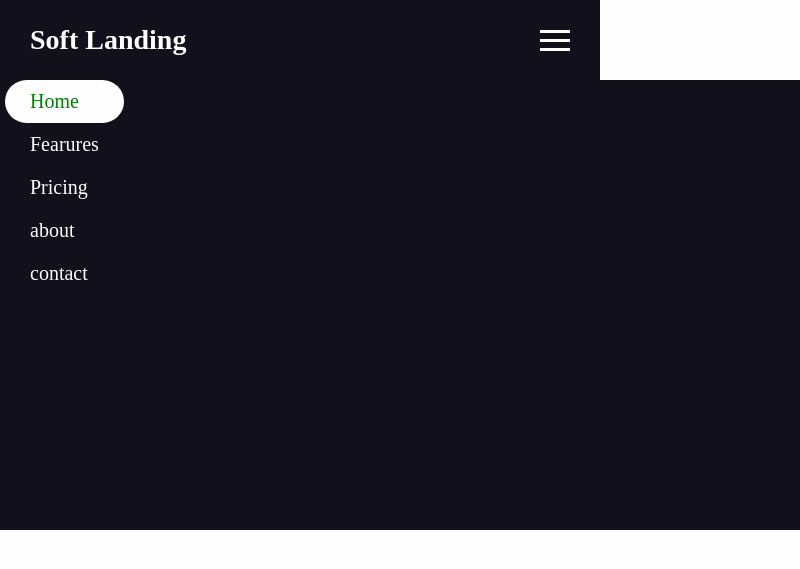
Repository: AMIT1439027/Gobbart-task
Page: index.html
An editor plug-in stored every save of this project. The page is shown before and after a run of saves, followed by the edit.
The browser window is 600 px wide. The page is 800 px wide, so the pictures cover 800 px, including what lies to the right of the window. The pictures show the whole page.

Above is the page before, as saved 2024-04-20 14:32:04.

After the next 3 saves:
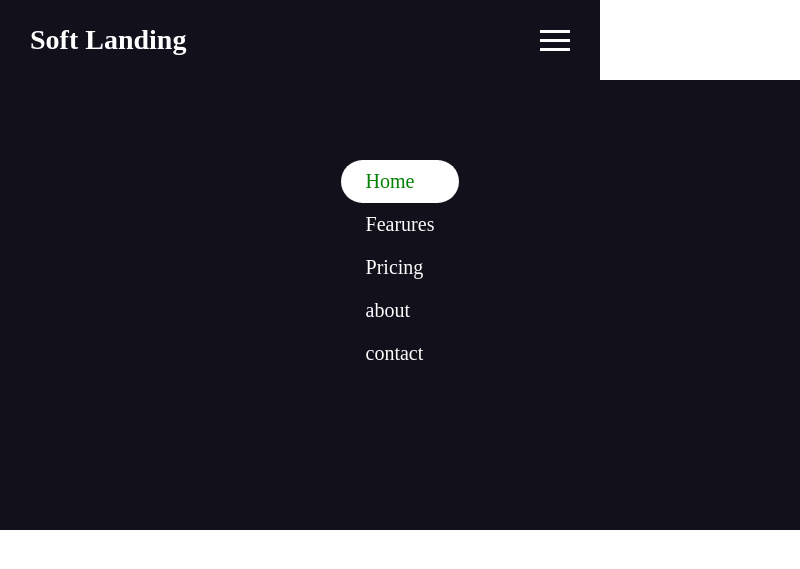
The 3 saves are shown as one change because they came seconds apart.
The last was saved 10 s later.
--- a/style.css
+++ b/style.css
@@ -98,6 +98,6 @@
    .nav-bar ul{
     display: block;
     width: fit-content;
-    margin: ;
+    margin: 80px auto 0;
    }
 }
